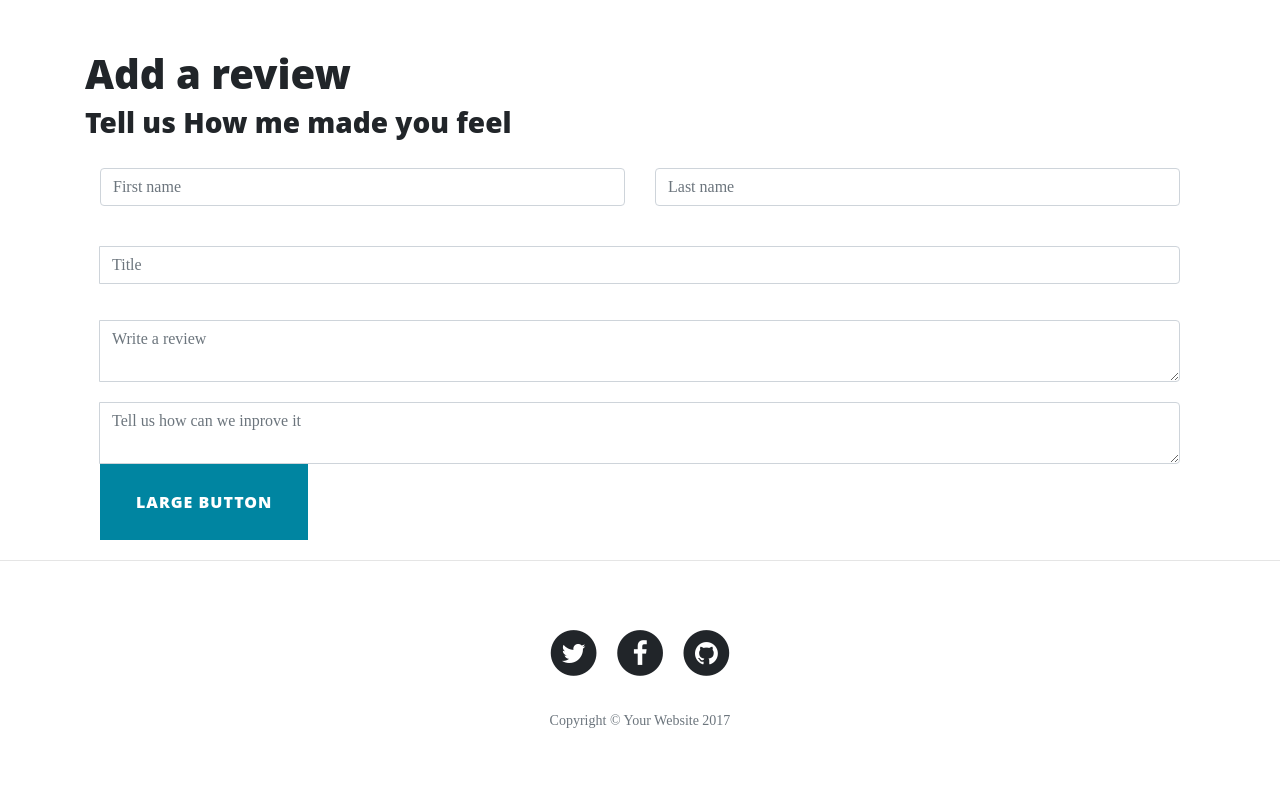
Repository: cachimiro/los-pochoclos
Page: http://localhost/add_review
The author's editor kept a record of every edit. The page is drawn from the files as they stood at one moment, then again after the next edit.
The browser window is 1280 px wide. The pictures show the part of the page from y = 532 to 1368 px (the page is 1328 px tall before and 1368 px after).
The page is served by the project's application, run on Flask 3 (run.py).

Above is the page before.

After the next edit:
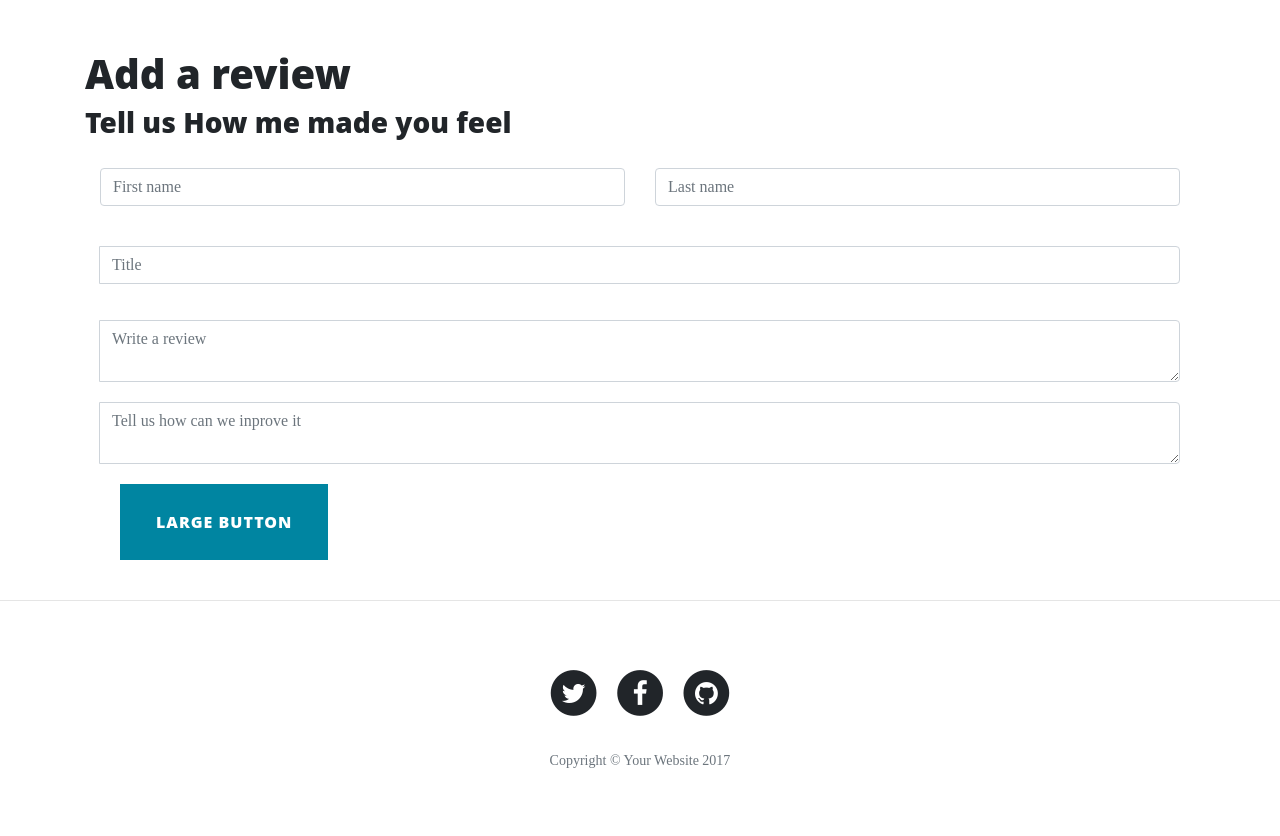
The edit:
--- a/templates/add-reviews.html
+++ b/templates/add-reviews.html
@@ -3,6 +3,10 @@
       padding: 20px;
       margin-bottom: 20px;
       margin-top: 20px;
+  }
+  .btn-primary{
+      margin: 20px;
+      text-align: left;
   }
 
 </style>
